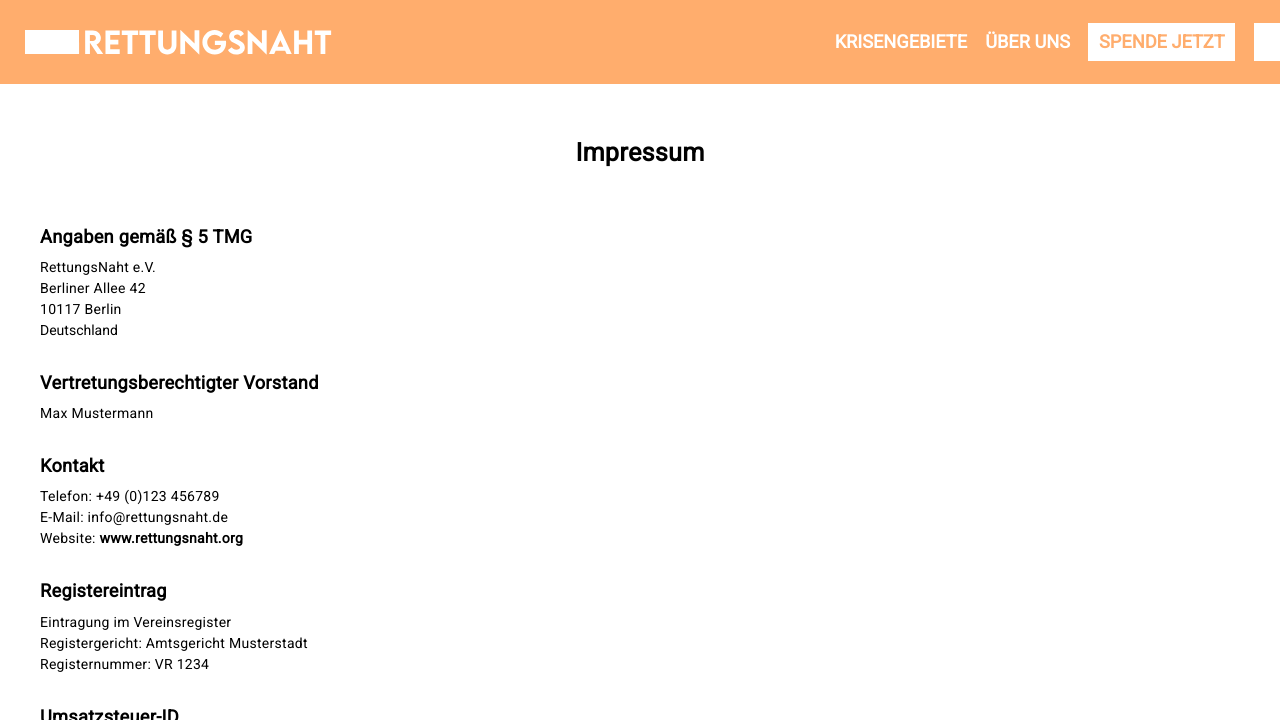
Repository: chriZVee/rettungsnaht
Page: /imprint
These files come from the project's save history. The page is drawn as it stood at one moment and after the next save; the edit follows.
The browser window is 1280 px wide. The pictures show the whole page.
An inner scrolling area shows only its first screen. The project was rebuilt for these pictures with package versions that can differ from the ones it lists, and the page was loaded fresh each time. Also part of the build but not shown: vite.config.js, src/index.css, src/styles/hero.css, src/components/Hero.jsx, src/styles/form.css, src/components/form/AreaSelection.jsx, src/components/form/ContactData.jsx, src/components/form/DonationMethod.jsx and 17 more.

Above is the page before, as saved 2025-04-17 14:25:31.

### index.html
<!doctype html>
<html lang="en">

<head>
  <meta charset="UTF-8" />
  <link rel="icon" type="image/svg+xml" href="/vite.svg" />
  <meta name="viewport" content="width=device-width, initial-scale=1.0" />
  <link href="https://fonts.googleapis.com/css2?family=Roboto&display=swap" rel="stylesheet">
  <title>RETTUNGSNAHT e.V.</title>
</head>

<body>
  <div id="root"></div>
  <script type="module" src="/src/main.jsx"></script>
</body>

</html>

### src/App.jsx
import { BrowserRouter as Router, Routes, Route } from "react-router-dom";
import "./App.css";
import "./styles/global.css";
import Home from "./pages/Home";
import Confirmation from "./pages/Confirmation";
import Imprint from "./pages/Imprint";
import PrivacyPolicy from "./pages/PrivacyPolicy";

export default function App() {
  return (
    <Router>
      <Routes>
        <Route path="/" element={<Home />} />
        <Route path="/confirmation" element={<Confirmation />} />
        <Route path="/imprint" element={<Imprint />} />
        <Route path="/privacy-policy" element={<PrivacyPolicy />} />
      </Routes>
    </Router>
  );
}

### src/App.css
/* APP */
#root {
  margin: 0 auto;
}

img.seam-form {
  position: absolute;
  bottom: -4em;
  left: 0em;
  width: 120%;
  z-index: 2;
}

### src/styles/global.css
/* GLOBAL */

:root {
  /* Colors */
  --highlight: #ffad6d;
  --link-hover: #ffad6d;
  --text: #000;
  --button-unchecked: #f2f2f2;
  --button-checked: #ffad6d;
  --button-text: #fff;
  --h2: #000;
  --lightGrey: #f2f2f2;
  --warning: #ff4000;

  /* Font - not in use yet */
  --font-small: 0.8rem;
  --font-base: 1rem;
  --font-medium: 1.3rem;
  --font-ml: 1.5rem;
  --font-large: 1.8rem;
  --font-xl: 2.4rem;
  --font-xxl: 4.8rem;
  --font-h2: 2.1rem;
  --font-h1: 2.6rem;
  --font-button: 1rem;

  line-height: 1.5;
  width: auto;
}

* {
  box-sizing: border-box;
}

body,
html {
  font-size: 14px;
  font-family: "Roboto", "Segoe UI", "Helvetica Neue", sans-serif;
  background-color: white;
  /* margin reset */
  margin: 0;
  max-width: 100%;
  width: 100%;
  overflow-x: hidden;
  height: 100%;
}

@media (max-width: 480px) {
  html {
    width: fit-content;
  }
}

.header,
.footer,
.content {
  width: 100%;
}

h1,
.page-title {
  font-size: var(--font-h1);
  text-align: center;
  padding: 1.5em 0;
  font-weight: bold;
}

@media (max-width: 1440px) {
  h1,
  .page-title {
    padding: 2em 0.5em;
    font-size: var(--font-large);
  }
}

@media (max-width: 768px) {
  h1,
  .page-title {
    padding: 2em 0.5em 1.5em;
    font-size: var(--font-ml);
  }
}

h2 {
  font-size: var(--font-h2);
  font-weight: bold;
}

@media (max-width: 480px) {
  h2 {
    font-size: var(--font-ml);
  }
}

/* Margin Reset */
p,
h1,
h2 {
  margin: 0;
  letter-spacing: 0.02rem;
}
ul {
  padding: 0px;
}

img {
  max-width: 100%;
  height: auto;
  display: block;
}

a {
  color: white;
  text-decoration: none;
  font-weight: bold;
}

/* Centered Containers */
/* Large Desktops */
.container {
  max-width: 1440px;
  display: flex;
  flex-direction: column;
  margin: 0 auto;
}

@media (max-width: 1440px) {
  .container {
    width: 100%;
    max-width: 1200px;
    margin: 0 auto;
    padding: 0 1rem;
  }
}

/* Laptop/Tablet */
@media (max-width: 1024px) {
  .container {
    max-width: 960px;
  }
}

/* Tablet */
@media (max-width: 768px) {
  .container {
    max-width: 720px;
  }
}

/* Smartphone */
@media (max-width: 480px) {
  .container {
    max-width: 100%;
    padding: 0 0.75rem;
  }
}

/* Fieldset reset */
fieldset {
  border: none;
  padding: 0;
  margin: 0;
  min-inline-size: unset;
}

/* Hide elements */
.hidden {
  display: none !important;
}

@media (max-width: 768px) {
  .hide-on-mobile {
    display: none;
  }
}

.button {
  display: flex;
  padding: 0.5em 0.8em;
  background-color: var(--button-checked);
  cursor: pointer;
  font-weight: normal;
  transition: all 0.2s ease;
  font-size: var(--font-button);
  text-align: center;
  border: none;
  color: white;
}

.buttonized .deco {
  cursor: default;
}

.capitalize {
  text-transform: capitalize;
}

### src/pages/Imprint.jsx
import Page from "../components/Page";
import org from "../data/org";
import "../styles/imprint.css";

export default function Imprint() {
  return (
    <>
      <Page>
        <section className="imprint container">
          <h1>Impressum</h1>
          <div className="imprint-block">
            <h2>Angaben gemäß § 5 TMG</h2>
            <p>{org.officialName}</p> <p>{org.address}</p>
            <p>
              {org.zip} {org.city}
            </p>
            Deutschland
          </div>

          <div className="imprint-block">
            <h2>Vertretungsberechtigter Vorstand</h2>
            <p>{org.chairman}</p>
          </div>

          <div className="imprint-block">
            <h2>Kontakt</h2>
            <p>Telefon: {org.tel}</p>
            <p>
              E-Mail: {org.email}
              <a href={`mailto: ${org.email}`}></a>
            </p>
            <p>
              <span>Website: </span>
              <a href={org.url} target="_blank" rel="noopener noreferrer">
                {org.url}
              </a>
            </p>
          </div>

          <div className="imprint-block">
            <h2>Registereintrag</h2>
            <p>Eintragung im Vereinsregister</p>
            <p>Registergericht: Amtsgericht Musterstadt</p>
            <p>Registernummer: VR 1234</p>
          </div>

          <div className="imprint-block">
            <h2>Umsatzsteuer-ID</h2>
            <p>USt-IdNr.: {org.ustId}</p>
          </div>

          <div className="imprint-block">
            <h2>Verantwortlich für den Inhalt nach § 55 Abs. 2 RStV</h2>
            <p>{org.chairman}</p>
            <p>{org.address}</p>
            <p>
              {org.zip} {org.city}
            </p>
          </div>

          <div className="imprint-block">
            <h2>Haftung für Inhalte und Links</h2>
            <p>
              Trotz sorgfältiger inhaltlicher Kontrolle übernehmen wir keine
              Haftung für die Inhalte externer Links. Für den Inhalt der
              verlinkten Seiten sind ausschließlich deren Betreiber
              verantwortlich.
            </p>
          </div>

          <div className="imprint-block">
            <h2>Online-Streitbeilegung</h2>
            <p>
              Die Europäische Kommission stellt eine Plattform zur
              Online-Streitbeilegung (OS) bereit:{" "}
              <a
                href="https://ec.europa.eu/consumers/odr"
                target="_blank"
                rel="noopener noreferrer"
              >
                https://ec.europa.eu/consumers/odr
              </a>
            </p>
          </div>
        </section>
      </Page>
    </>
  );
}

### src/components/Page.jsx
import Header from "./Header";
import Footer from "./Footer";
import "../styles/page.css";

export default function Page({ children }) {
  return (
    <div className="page">
      <Header />
      <div className="content wrapper">
        <div className="page-content">{children}</div>
      </div>
      <Footer />
    </div>
  );
}

### src/data/org.js
/* Company Information */
const org = {
  officialName: "RettungsNaht e.V.",
  name: "RettungsNaht",
  address: "Berliner Allee 42",
  zip: "10117",
  city: "Berlin",
  email: "info@rettungsnaht.de",
  url: "www.rettungsnaht.org",
  tel: "+49 (0)123 456789",
  ustId: "DE123456789",
  chairman: "Max Mustermann",
};

export default org;

### src/styles/imprint.css
/* Imprint */

section.imprint {
  padding: 0 0 4.5em 0;
}

/* .imprint-block {
  padding: 0 2rem 0rem 2rem;
} */

.imprint-block h2 {
  font-size: var(--font-medium);
  padding: 2rem 0 0.5rem 0;
}

.imprint-block:first-of-type h2 {
  padding-top: 0rem;
}

.imprint-block a {
  color: black;
}

### src/components/Header.jsx
import { Link } from "react-router-dom";
import "../styles/header.css";
import rnLogo from "../assets/rn-logo-white.svg";

function Header() {
  return (
    <header className="header container">
      <Link to="/">
        <img
          src={rnLogo}
          className="header-image"
          alt="RettungsNaht Logo"
        ></img>
      </Link>
      <nav className="nav">
        <ul className="nav-bar">
          <li>
            <Link to="/#crisis-area-section">Krisengebiete</Link>
          </li>
          <li>
            <Link to="/#about-section">Über uns</Link>
          </li>
          <li className="buttonized">
            <Link to="/#donation-form">Spende jetzt</Link>
          </li>
          <li className="buttonized deco">&nbsp;</li>
        </ul>
      </nav>
    </header>
  );
}

export default Header;

### src/components/Footer.jsx
import org from "../data/org";
import "../styles/footer.css";
import { Link } from "react-router-dom";

export default function Footer() {
  return (
    <section className="footer container">
      <div className="footer-link-container">
        <ul className="small-gap">
          <li className="buttonized deco">&nbsp;</li>
          <li className="buttonized">
            <Link to="/#donation-form">Spende jetzt</Link>
          </li>
        </ul>
      </div>
      <div className="footer-link-container lh-small">
        <ul>
          <li>
            <Link to="/imprint">Impressum</Link>
          </li>
          <li>
            <Link to="/privacy-policy">Datenschuterklärung</Link>
          </li>
        </ul>
      </div>
      <div className="copyright-container">
        <p className="copyright-note">© 2025 {org.officialName}</p>
      </div>
    </section>
  );
}

### src/styles/page.css
/* Page */

.page .page-content {
  display: flex;
  flex-direction: column;
  min-height: 100vh;
}

.page .content {
  flex: 1;
}

### src/styles/header.css
/* Header */

.header {
  background-color: var(--highlight);
  display: flex;
  flex-direction: row;
  align-items: center;
  justify-content: space-between;
  padding: 1em 0 1em 25px;
  max-width: none;
  max-height: 84px;
}

@media (max-width: 1024px) {
  .header {
    flex-direction: column;
    max-height: none;
    padding: 1.5em 1em 0.5em 1em;
  }
}

.nav-bar {
  display: flex;
  justify-content: space-between;
  align-items: center;
  gap: 1em;
  list-style: none;
  text-transform: uppercase;
  font-size: var(--font-medium);
  text-align: center;
}
@media (max-width: 1024px) {
  .nav-bar {
    font-size: var(--font-small);
  }
}
@media (max-width: 768px) {
  .nav-bar {
    font-size: var(--font-small);
  }
}
@media (max-width: 480px) {
  .nav-bar {
    justify-content: space-evenly;
    gap: 1em;
    font-size: var(--font-small);
    flex-wrap: wrap;
  }
}

.nav-bar li.buttonized {
  background-color: white;
  color: var(--highlight);
  padding: 0.3em 0.6em;
}

.nav-bar li.buttonized a {
  color: var(--highlight);
}

@media (max-width: 480px) {
  .header li.deco {
    display: none;
  }
}

### src/styles/footer.css
/* FOOTER */

section.footer {
  display: flex;
  flex-direction: row;
  align-content: center;
  justify-content: center;
  padding: 2em 0 2.5em 0;
  max-width: none;
  max-height: 136px;
  background-color: var(--highlight);
  column-gap: 4.5em;
  row-gap: 1em;
  flex-wrap: wrap;
  font-size: var(--font-base);
}

section.footer .copyright-container {
  flex-basis: 100%;
  display: flex;
  align-content: center;
  justify-content: center;
}

.footer .copyright-note {
  color: white;
  font-size: var(--font-base);
}

.footer-link-container {
  display: flex;
  align-content: center;
  justify-content: center;
  flex-wrap: wrap;
}

.footer-link-container ul {
  display: flex;
  flex-direction: row;
  align-content: center;
  justify-content: center;
  gap: 4em;
  flex-wrap: wrap;
}

.footer li {
  display: inline-block;
}

.footer-link-container li.buttonized {
  background-color: white;
  padding: 0.3em 0.6em;
}

.footer-link-container li.buttonized a {
  color: var(--highlight);
}

.footer .small-gap {
  display: flex;
  gap: 1em;
}

@media (max-width: 768px) {
  .footer-link-container ul {
    gap: 1em;
  }
  section.footer {
    justify-content: center;
    max-height: none;
    gap: 1em 1.5em;
  }
}

@media (max-width: 480px) {
  section.footer {
    justify-content: center;
    max-height: none;
    column-gap: 1em;
    row-gap: 0;
  }
}

Loaded but not shown: src/main.jsx (common file)

After the next save:
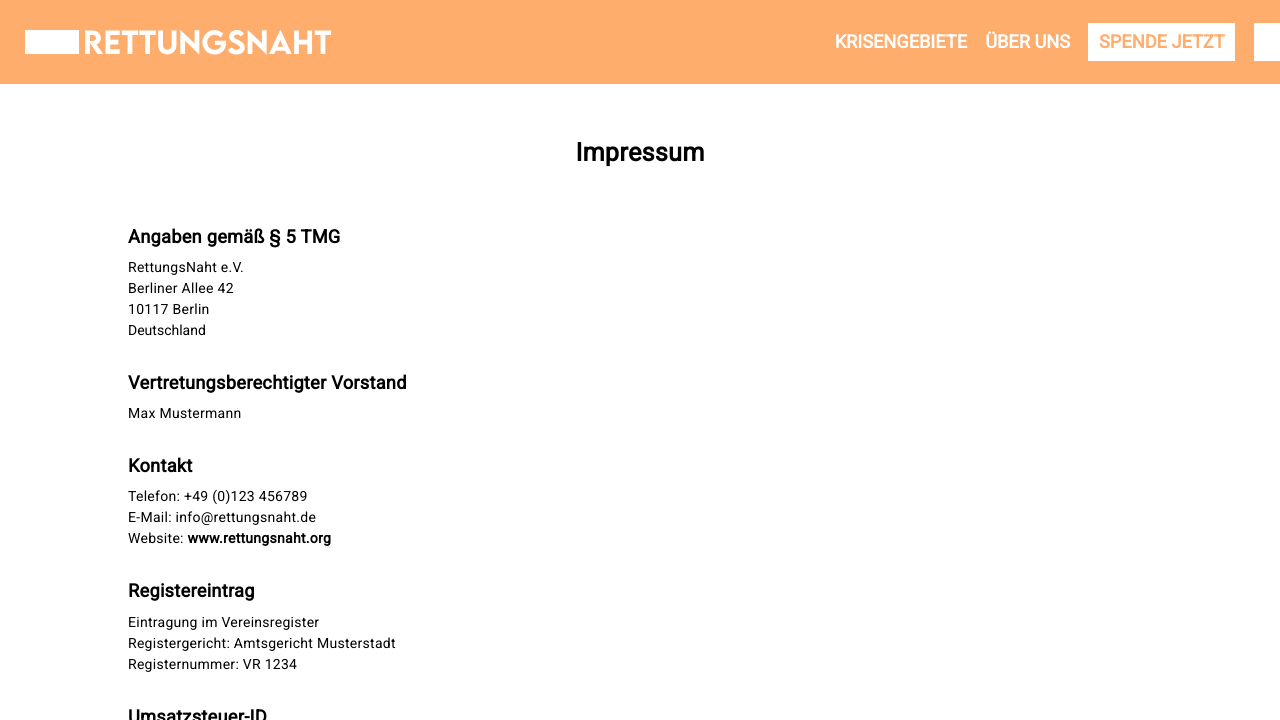
Saved 2 min 31 s later.
--- a/src/styles/global.css
+++ b/src/styles/global.css
@@ -133,6 +133,15 @@ a {
   }
 }
 
+@media (max-width: 1280px) {
+  .container {
+    width: 100%;
+    max-width: 1024px;
+    margin: 0 auto;
+    padding: 0 1rem;
+  }
+}
+
 /* Laptop/Tablet */
 @media (max-width: 1024px) {
   .container {
